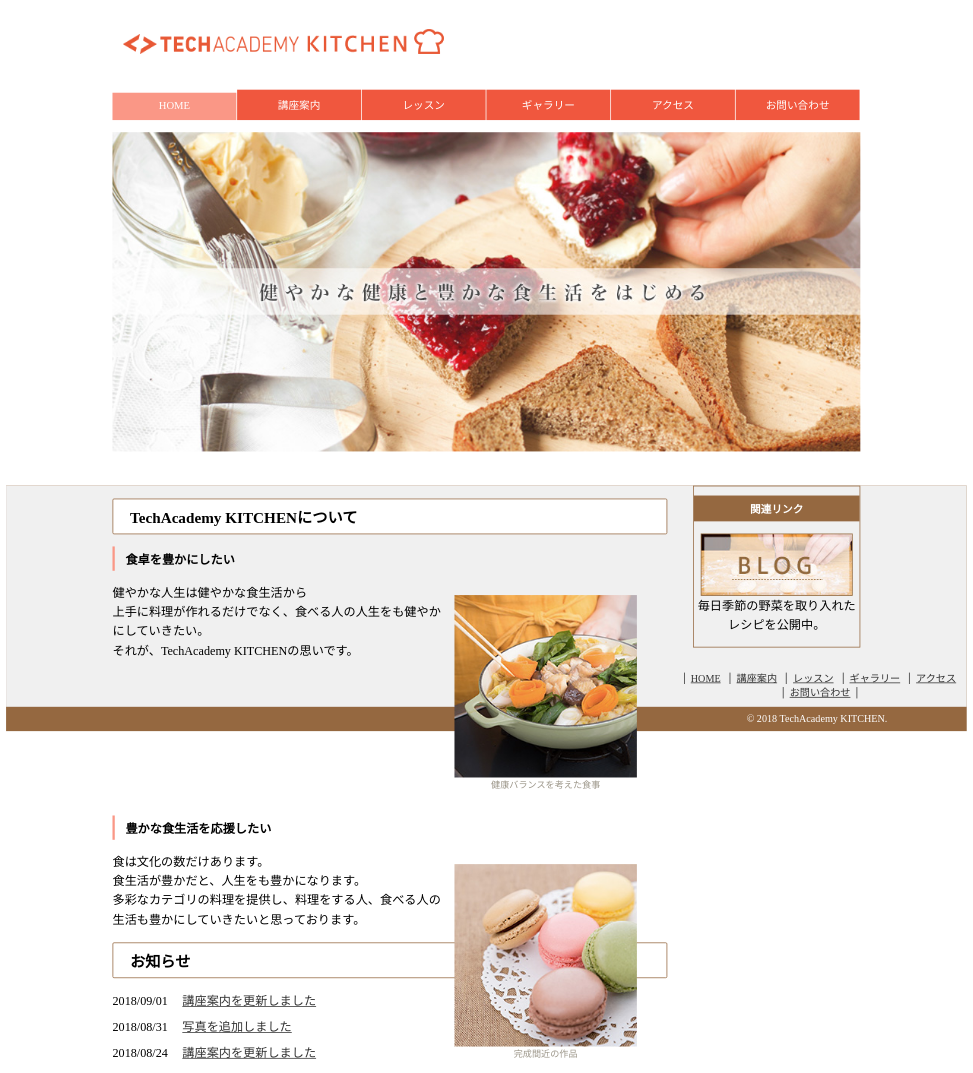
Repository: mizukits2/kadai-monolist
Page: kitchen.html
The author's editor kept a record of every edit. The page is drawn from the files as they stood at one moment, then again after the next edit.
The browser window is 1280 px wide. The pictures show the whole page, at 76% of full size.

Above is the page before.

After the next edit:
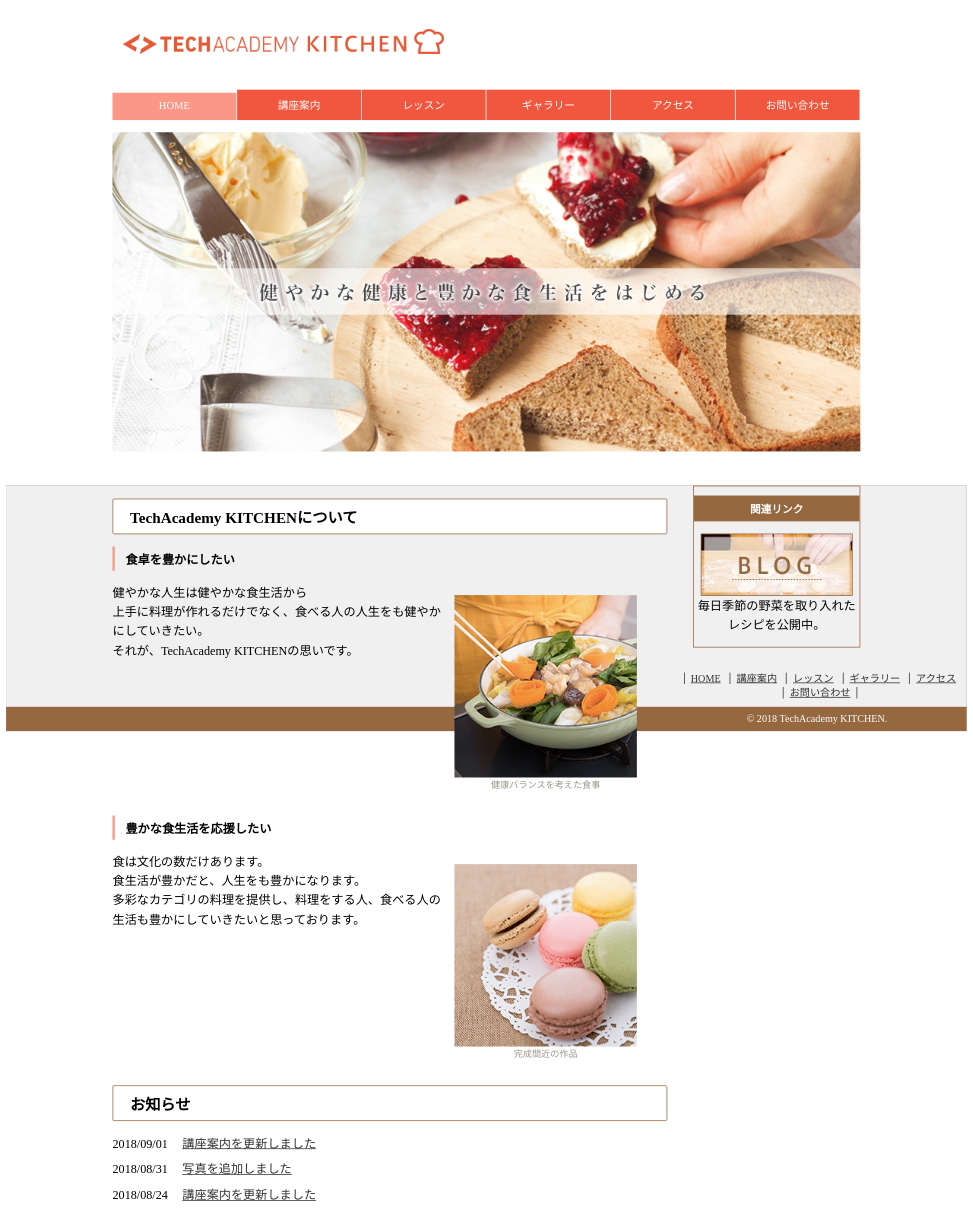
The edit:
--- a/kitchen.html
+++ b/kitchen.html
@@ -44,7 +44,7 @@
                             それが、TechAcademy KITCHENの思いです。
                         </p>
                     </section>
-                    <section>
+                    <section class="clearfix">
                         <h3>豊かな食生活を応援したい</h3>
                         <figure>
                             <img src="images_kitchen/photo02.jpg" alt="TechAcademy KITCHENについて2">
